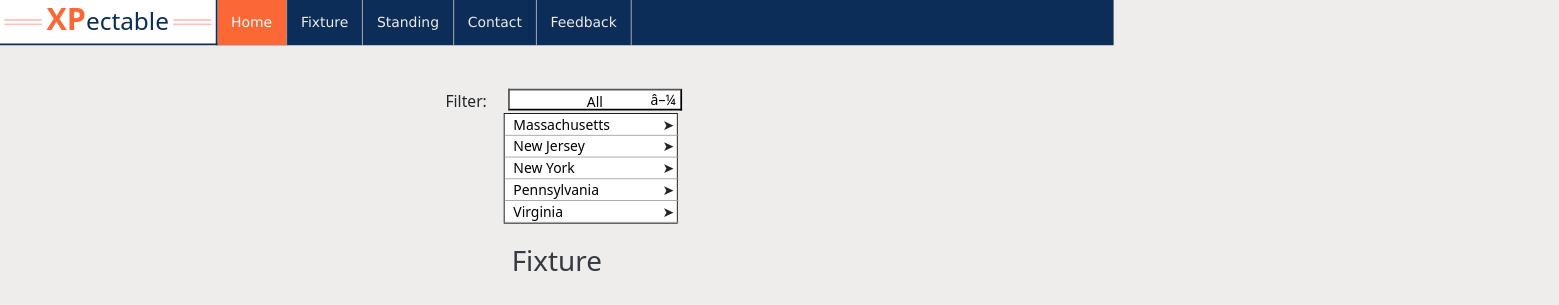
Repository: allanmanno/Xpectable
Page: http://localhost/xpec/fixture.jsp?league_id=-1
An editor plug-in stored every save of this project. The page is shown before and after the next save, followed by the edit.
The browser window is 1280 px wide. The page is 1792 px wide, so the pictures cover 1792 px, including what lies to the right of the window. The pictures show the whole page, at 87% of full size.
After loading, the first visible `#drop-btn` was clicked once.
The page is served by Tomcat 9. Queries for data that is not in the repository find no rows.

Above is the page before, as saved 2024-05-16 20:52:56.

### xpec/src/main/webapp/fixture.jsp
<%@ page import="java.sql.*, java.text.SimpleDateFormat" %>
<!DOCTYPE html>
<html lang="en">
<head>
    <meta charset="utf-8">
    <meta name="viewport" content="width=device-width, initial-scale=1">
    <title>XPectable Fixture</title>
    <link href="https://cdn.jsdelivr.net/npm/bootstrap@5.3.2/dist/css/bootstrap.min.css" rel="stylesheet" integrity="sha384-T3c6CoIi6uLrA9TneNEoa7RxnatzjcDSCmG1MXxSR1GAsXEV/Dwwykc2MPK8M2HN" crossorigin="anonymous">
    <link rel="stylesheet" href="resources/css/fixture.css">
    <style>

.date {

    padding-top: 10px;
    padding-left: 27.5%;
    font-size: 1.1em;
    color: #555;
}

table {
    width: 50%;
    left: 25%;
    position: relative;
    margin-bottom: 20px;
}

th, td {
    border: 1px solid #ddd;
    padding: 12px;
    text-align: left;
}

th {
    background-color: #FC6736;
    color: white;
    font-weight: bold;
    text-align:center;
}

td {
    background-color: #fff;
}

tr:nth-child(even) td {
    background-color: #f2f2f2;
}

tr:hover td {
    background-color: #e9ecef;
}

h2 {
    text-align: center;
    padding-top: 200px;
    color: #343a40;
}

h4 {
    padding-left: 70%;
    padding-top: 15px;
    color: #343a40;
}

h5 {
    padding-top: 10px;
    font-size: 1.2em;
    color: #343a40;
}


    </style>
</head>
<body>

<nav class="menu_box">
    <div class="logo">
        <hr />
        <a href="index.html"><h3><b style="color:#FC6736;font-size:35px">XP</b>ectable</h3></a>
        <hr />
    </div>
    <ul>
        <li><a class="home" href="index.jsp"><i class="fa fa-home fa-fw"></i> Home</a></li>
        <li><a href="fixture.jsp"><i class="fa fa-calendar fa-fw"></i> Fixture</a></li>
        <li><a href="standing.jsp"><i class="fa-solid fa-ranking-star fa-fw"></i> Standing</a></li>
        <li><a href="contact.html"><i class="fa fa-envelope fa-fw"></i> Contact</a></li>
        <li><a href="#"><i class="fa fa-comment fa-fw"></i> Feedback</a></li>
        <div class="social_media">
            <a href="#"><i class="fa-brands fa-linkedin" style="color:#EFECEC"></i></a>
            <a href="#"><i class="fa-brands fa-github" style="color:#EFECEC"></i></a>
        </div>
    </ul>
</nav>

<div class="filter-dropdown">
      <label for="drop-btn" class="dropdown-label">Filter:</label>
      <button onclick="dropdownFunction()" id="drop-btn" class="dropdown-btn">All</button>
      <ul id="drop-content" class="dropdown-content">
         <!-- <li><a href="#All">Filter: All</a></li> -->
         <li><a href="#MA">Massachusetts</a>
            <ul>
               <li><a href="#MA-D1">Division 1</a></li>
               <li><a href="#MA-D2">Division 2</a></li>
            </ul>
         </li>
         <li><a href="#NJ">New Jersey</a>
            <ul>
                <li><a href="#NJ-D1">Division 1</a></li>
                <li><a href="#NJ-D2">Division 2</a></li>
             </ul>
        </li>
         <li><a href="#NY">New York</a>
            <ul>
                <li><a href="#NY-D1">Division 1</a></li>
                <li><a href="#NY-D2">Division 2</a></li>
             </ul>
        </li>
         <li><a href="#PA">Pennsylvania</a>
            <ul>
                <li><a href="#PA-D1">Division 1</a></li>
                <li><a href="#PA-D2">Division 2</a></li>
             </ul>
        </li>
         <li><a href="#VA">Virginia</a>
            <ul>
                <li><a href="#VA-D1">Division 1</a></li>
                <li><a href="#VA-D2">Division 2</a></li>
             </ul>
        </li>
      </ul>
  </div>


<h2 style="text-align: center; padding-top: 200px;">Fixture</h2>

<%
    // Initialize variables to keep track of the current round and date
    int currentRound = -1;
    Date currentDate = null;

    // Default SQL query
    String sql = "SELECT * FROM game ORDER BY game_round, game_date";

    // Retrieve league_id parameter from the request
    String leagueIdParam = request.getParameter("league_id");
    int leagueId = -1; // Default value or handle null case
    if (leagueIdParam != null && !leagueIdParam.isEmpty()) {
        leagueId = Integer.parseInt(leagueIdParam);
    }

    // Check if a specific league is selected
    if (leagueId != -1) {
        // Adjust SQL query to filter by league
        sql = "SELECT * FROM game INNER JOIN team ON game.home_team_id = team.team_id WHERE team.league_id = ? ORDER BY game_round, game_date";
    }

    try {
        // Load the MySQL JDBC driver
        Class.forName("com.mysql.cj.jdbc.Driver");

        // Establish the database connection
        Connection conn = DriverManager.getConnection("jdbc:mysql://localhost:3306/xpectable_data", "root", "MyPass123!");

        // Prepare the SQL query
        PreparedStatement statement = conn.prepareStatement(sql);

        // Set league parameter if applicable
        if (leagueId != -1) {
            statement.setInt(1, leagueId);
        }

        // Execute the query
        ResultSet rs = statement.executeQuery();

        // Iterate through the result set
        while (rs.next()) {
            int gameId = rs.getInt("game_id");
            int round = rs.getInt("game_round");
            Date gameDate = rs.getDate("game_date");
            Time gameTime = rs.getTime("game_time");
            int homeTeamId = rs.getInt("home_team_id");
            int awayTeamId = rs.getInt("away_team_id");

            // Retrieve result for the current game
            PreparedStatement resultStatement = conn.prepareStatement("SELECT * FROM result WHERE game_id = ?");
            resultStatement.setInt(1, gameId);
            ResultSet resultRs = resultStatement.executeQuery();

            int homeScore = -1;
            int awayScore = -1;
            if (resultRs.next()) {
                homeScore = resultRs.getInt("home_team_score");
                awayScore = resultRs.getInt("away_team_score");
            }

            resultRs.close();
            resultStatement.close();

            // Handle new round
            if (round != currentRound) {
                if (currentRound != -1) {
                    %></tbody></table><% // Close previous round table
                }
                %>
                <div class="round">
                    <h4 style="padding-left: 70%; padding-top: 15px;">Round <%= round %></h4>
                <%
                currentRound = round;
            }

            // Handle new date
            if (!gameDate.equals(currentDate)) {
                if (currentDate != null) {
                    %></tbody></table><% // Close previous date table
                }
                %>
                <h5 class="date" style="padding-top: 10px;"><%= gameDate %></h5>
                <table>
                    <thead>
                        <tr>
                            <th>Home Team</th>
                            <th><%= (homeScore != -1 && awayScore != -1) ? "Score" : "Time" %></th>
                            <th>Away Team</th>
                        </tr>
                    </thead>
                    <tbody>
                <%
                currentDate = gameDate;
            }

            // Retrieve home team name
            PreparedStatement homeTeamStatement = conn.prepareStatement("SELECT team_name FROM team WHERE team_id = ?");
            homeTeamStatement.setInt(1, homeTeamId);
            ResultSet homeTeamResult = homeTeamStatement.executeQuery();
            String homeTeamName = homeTeamResult.next() ? homeTeamResult.getString("team_name") : "";
            homeTeamStatement.close();
            homeTeamResult.close();

            // Retrieve away team name
            PreparedStatement awayTeamStatement = conn.prepareStatement("SELECT team_name FROM team WHERE team_id = ?");
            awayTeamStatement.setInt(1, awayTeamId);
            ResultSet awayTeamResult = awayTeamStatement.executeQuery();
            String awayTeamName = awayTeamResult.next() ? awayTeamResult.getString("team_name") : "";
            awayTeamStatement.close();
            awayTeamResult.close();

            // Format time in 12-hour format
            SimpleDateFormat sdf = new SimpleDateFormat("hh:mm a");
            String formattedTime = sdf.format(gameTime);
            %>
            <tr>
                <td><%= homeTeamName %></td>
                <td style="text-align:center;"><%= (homeScore != -1 && awayScore != -1) ? homeScore + ":" + awayScore : formattedTime %></td>
                <td style="text-align:right;"><%= awayTeamName %></td>
            </tr>
            <%
        }

        // Close the last date and round table
        if (currentDate != null) {
            %></tbody></table><%
        }
        if (currentRound != -1) {
            %></div><%
        }

        rs.close();
        statement.close();
        conn.close();
    } catch (Exception e) {
        e.printStackTrace();
    }
%>

<script src="resources/js/fixture.js"></script>
</body>
</html>

### xpec/src/main/webapp/resources/css/fixture.css
body {
    background-color:#EFECEC;
    min-height: 100vh;
    margin: 0; /* Remove default margin */
    padding: 0; /* Remove default padding */
    overflow-x: hidden;
}
  /* logo space */
.logo{
    float: left;
    display:flex;
    width: 19.5%;
    background-color: white;
    padding-left: 5px;
    padding-right: 5px;
    border-bottom: 2px solid #0C2D57;
    border-right: 2px solid #0C2D57;
}
  /* ectable */
.logo h3 {
    color: #0C2D57;
    padding-left: 5px;
    padding-right: 5px;
}
  /* whole logo text */
.logo a{
    text-decoration: none;
    text-align:center;
}
  /* logo line */
.logo hr{
    border-top: 7px double red;
    text-align: center;
    width:100%;
    margin-top:22px;
}
   /* social media below menu bar */
.social_media{
    float:right;
    margin-top: 13px;
    margin-left: 5px;
    margin-right: 5px;
}

  /* navy list bar */
.menu_box li {
    float: left;
    border-right:1px solid #bbb;
}
  /* last anchor of the list */
.menu_box li:last-child {
    border-right: none;
}
  /* each anchor of the list */
.menu_box li a {
    color: #EFECEC;
    display: inline-block;
    text-align: center;
    padding: 14px 16px;
    text-decoration: none;
    font-family: verdana, sans-serif;
}
  /* what happen when hover on a anchor */
.menu_box li:hover{
    background-color:#5E5365;
}
  /* home anchor */
.menu_box .home{
    background-color: #FC6736;
    color: white;
}
  /* home anchor hover */
.menu_box .home:hover{
    background-color: #5E5365;
}
.menu_box ul{
    list-style-type: none;
    margin: 0;
    padding: 0;
    overflow: hidden;
    background-color: #0C2D57;
}
/*********************************/
/* Filter dropdown */
.filter-dropdown {
    position: relative;
    left: 40%;
    top: 50px;
}

.filter-dropdown .dropdown-btn {
    width: 200px;
    height: 25px;
    cursor: pointer;
    background: #ffffff;
    text-align: center;
    position: relative;
}

.filter-dropdown .dropdown-btn:hover {
    border: 1px solid rgba(0, 0, 0, 1);
}

.filter-dropdown .dropdown-btn::after {
    content: "▼";
    position: absolute;
    top: 50%;
    right: 5px;
    transform: translateY(-50%);
}

.filter-dropdown .dropdown-btn:hover::after {
    color: grey;
}

.filter-dropdown .dropdown-label {
    padding-right: 20px;
    font-size: 18px;
}

.filter-dropdown .dropdown-content {
    display: none;
    position: absolute;
    width: 200px;
    overflow: inherit;
    background-color: #ffffff;
    text-align: left;
    list-style: none;
    left: 67px;
}

.filter-dropdown .dropdown-content.show {
    display: block;
}

.filter-dropdown .dropdown-content a {
    text-decoration: none;
    display: block;
    color: #000;
}

.filter-dropdown .dropdown-content a:hover {
    background-color: gray;
    box-shadow: -10px 0 0 gray;
    color: #ffffff;
    width: 189px;
    transition: all 0.3s ease;
}

.filter-dropdown ul {
    list-style: none;
    padding: 0;
    margin: 0;
    border: 1px solid black;
}

.filter-dropdown ul li {
    padding-left: 10px;
    border-bottom: 0.1px solid rgb(160, 160, 160);
    width: 200px;
    position: relative;
}

.filter-dropdown ul li::after {
    content: "\27A4";
    position: absolute;
    top: 50%;
    right: 5px;
    transform: translateY(-50%);
}

.filter-dropdown ul li:hover::after {
    color: grey;
}

/* Hide Dropdowns by Default */
.filter-dropdown ul ul {
    display: none;
    position: absolute;
    background-color: #ffffff;
    top: 5px;
    left: 200px;
    width: 90px;
}

.filter-dropdown ul ul a:hover {
    background-color: gray;
    box-shadow: -10px 0 0 gray;
    color: #ffffff;
    width: 80px;
    transition: all 0.3s ease;
}

/* Display Dropdowns on Hover */
.filter-dropdown ul li:hover > ul {
    display: block;
    transition: all 0.3s ease;
}

.filter-dropdown ul ul li {
    position: relative;
    width: 89px;
}

.filter-dropdown ul ul li::after {
    content: none;
}


/******************************/
footer {
    text-align: center;
    padding: 3px;
    background-color: #FC6736;
    color: white;
    margin-top: 20px;
    position: absolute;
    bottom: 0;
    width: 100%;
}
 /* social media below menu bar */
footer social_media{
    color:black;
}

### xpec/src/main/webapp/resources/js/fixture.js
// JavaScript for handling dropdown functionality
function dropdownFunction() {
    var dropdownContent = document.getElementById("drop-content");
    var dropdownButton = document.getElementById("drop-btn");
    dropdownContent.classList.toggle("show");
    dropdownButton.classList.toggle("active"); // Add or remove the 'active' class from the dropdown button
}

window.onclick = function(event) {
    if (!event.target.matches('.dropdown-btn')) {
        var dropdowns = document.getElementsByClassName("dropdown-content");
        var buttons = document.getElementsByClassName("dropdown-btn");
        for (var i = 0; i < dropdowns.length; i++) {
            var openDropdown = dropdowns[i];
            var button = buttons[i];
            if (openDropdown.classList.contains('show')) {
                openDropdown.classList.remove('show');
                button.classList.remove('active'); // Remove the 'active' class from the button when the dropdown is closed
            }
        }
    }
}

// JavaScript for filtering fixtures
function filterFixtures(leagueId) {
    // Update the URL with the league ID
    var url = new URL(window.location.href);
    url.searchParams.set('league_id', leagueId);
    window.location.href = url.toString();
}

// Event listener for filter dropdown links
document.querySelectorAll('.dropdown-content a').forEach(item => {
    item.addEventListener('click', event => {
        event.preventDefault(); // Prevent default link behavior
        var leagueId = item.getAttribute('href').split("=")[1]; // Extract league ID from href
        filterFixtures(leagueId); // Filter fixtures based on selected league ID
    });
});

After the next save:
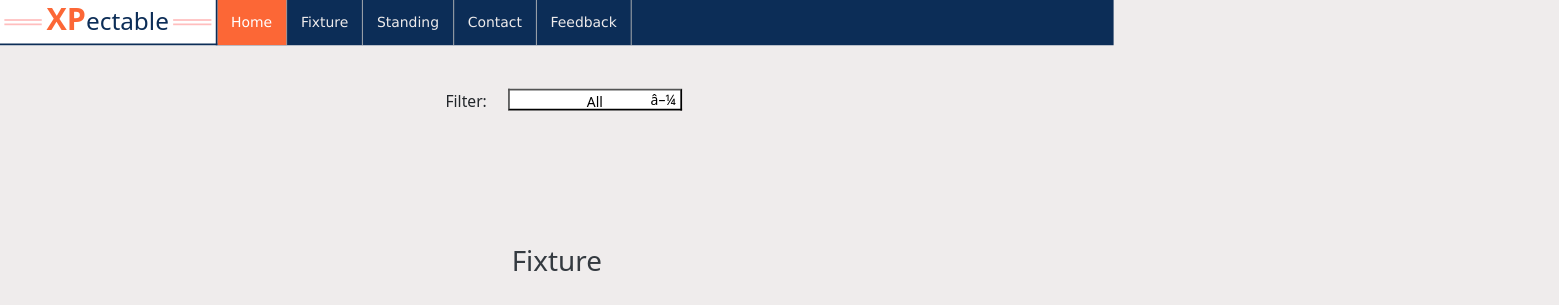
Console error: ReferenceError: dropdownFunction is not defined
Saved 4 min 29 s later.
--- a/xpec/src/main/webapp/resources/js/fixture.js
+++ b/xpec/src/main/webapp/resources/js/fixture.js
@@ -1,26 +1,3 @@
-// JavaScript for handling dropdown functionality
-function dropdownFunction() {
-    var dropdownContent = document.getElementById("drop-content");
-    var dropdownButton = document.getElementById("drop-btn");
-    dropdownContent.classList.toggle("show");
-    dropdownButton.classList.toggle("active"); // Add or remove the 'active' class from the dropdown button
-}
-
-window.onclick = function(event) {
-    if (!event.target.matches('.dropdown-btn')) {
-        var dropdowns = document.getElementsByClassName("dropdown-content");
-        var buttons = document.getElementsByClassName("dropdown-btn");
-        for (var i = 0; i < dropdowns.length; i++) {
-            var openDropdown = dropdowns[i];
-            var button = buttons[i];
-            if (openDropdown.classList.contains('show')) {
-                openDropdown.classList.remove('show');
-                button.classList.remove('active'); // Remove the 'active' class from the button when the dropdown is closed
-            }
-        }
-    }
-}
-
 // JavaScript for filtering fixtures
 function filterFixtures(leagueId) {
     // Update the URL with the league ID
